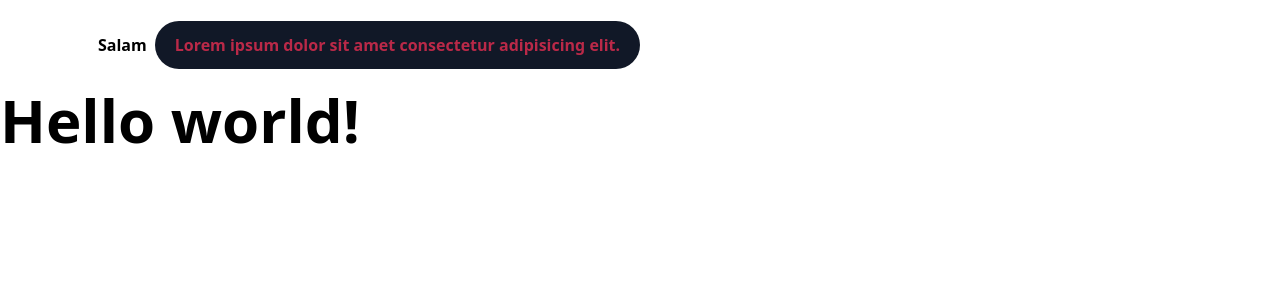
Repository: khaled-m1/Blog-Next.js
Page: /
An editor plug-in stored every save of this project. The page is shown before and after the next save, followed by the edit.
The browser window is 1280 px wide. The pictures show the whole page.
The project was rebuilt for these pictures with package versions that can differ from the ones it lists, and the page was loaded fresh each time. The framework's server and built-in components were replaced by stand-ins that run in the browser. Also part of the build but not shown: next.config.js.

Above is the page before, as saved 2023-01-15 23:37:41.

After the next save:
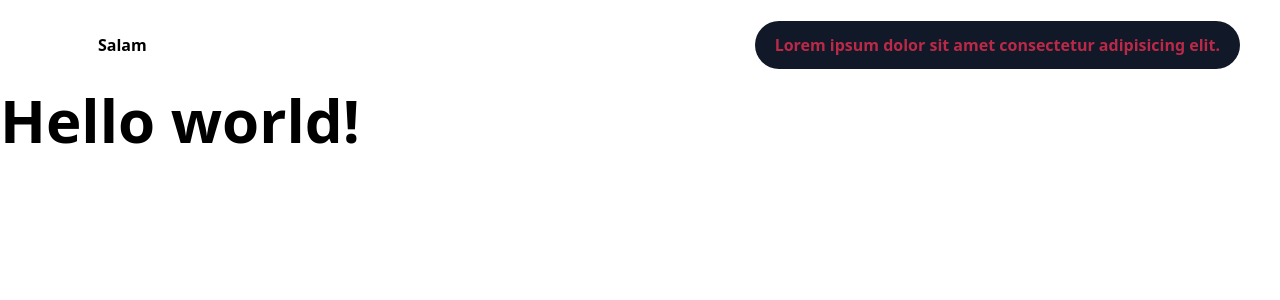
Saved 7 s later.
--- a/components/Header.tsx
+++ b/components/Header.tsx
@@ -35,7 +35,7 @@ const Header = () => {
     },
   ];
   return (
-    <div className="flex items-center jus-between space-x-2 font-bold px-10 py-5">
+    <div className="flex items-center justify-between space-x-2 font-bold px-10 py-5">
       <div className="flex items-center space-x-2">
         <Link href="/">
           <Image
